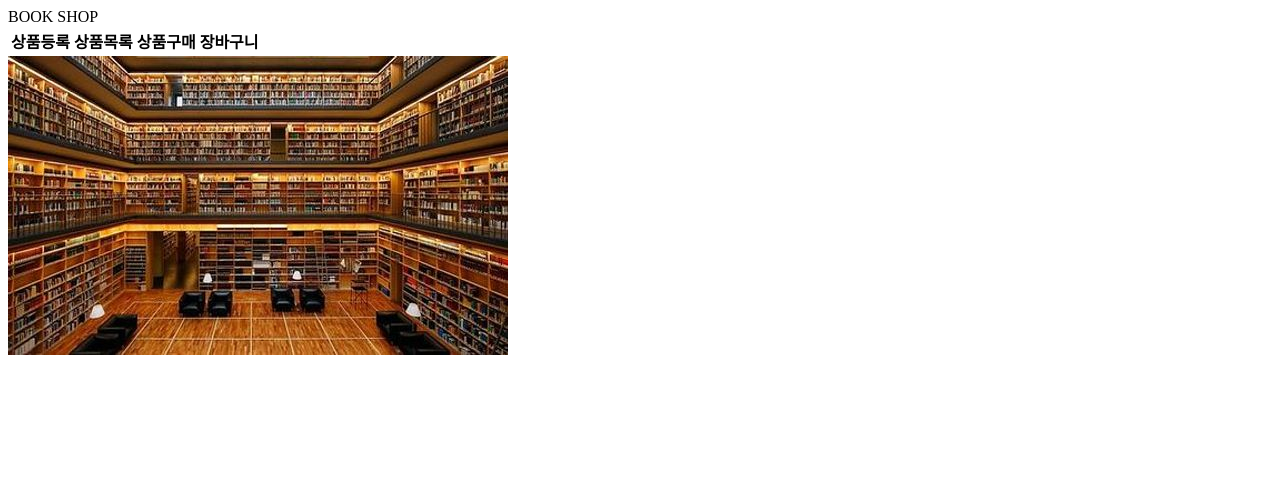
Repository: eunmiyo/BookShop
Page: http://localhost/Book/bookshop.jsp
An editor plug-in stored every save of this project. The page is shown before and after the next save, followed by the edit.
The browser window is 1280 px wide. The pictures show the whole page.
The page is served by Tomcat 9. Nobody is signed in. The application's start-up code is not run.

Above is the page before, as saved 2022-12-27 06:57:02.

After the next save:
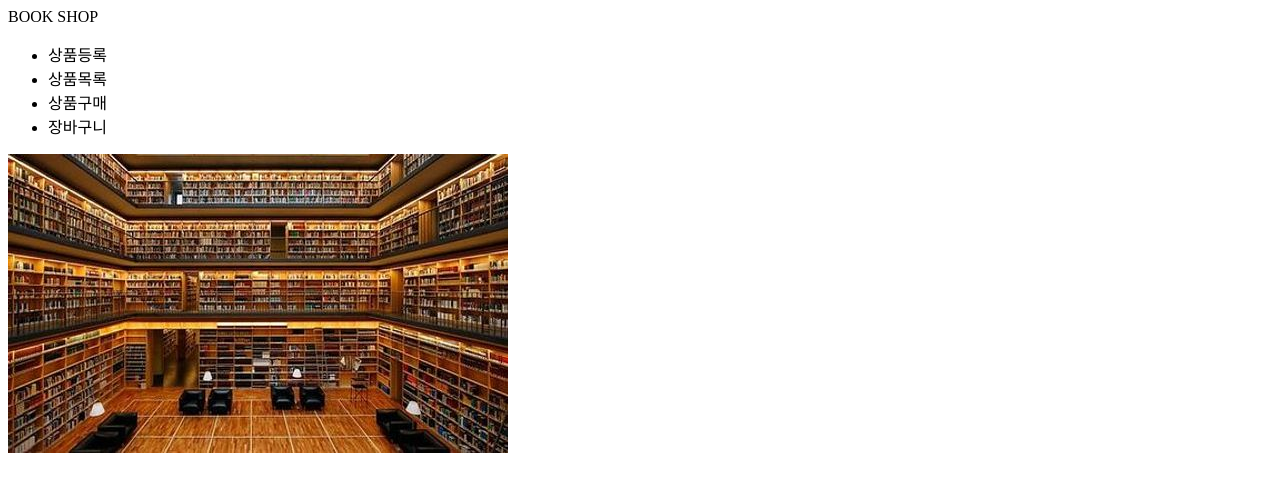
Saved 13 min 8 s later.
--- a/Book/src/main/webapp/bookshop.jsp
+++ b/Book/src/main/webapp/bookshop.jsp
@@ -8,16 +8,14 @@
 </head>
 <body>
 	<header>BOOK SHOP</header>
-	<div>
-		<table>
-			<tr>
-				<th>상품등록</th>
-				<th>상품목록</th>
-				<th>상품구매</th>
-				<th>장바구니</th>
-			</tr>
-		</table>
-	</div>
+	<nav>
+		<ul>
+			<li>상품등록</li>
+			<li>상품목록</li>
+			<li>상품구매</li>
+			<li>장바구니</li>
+		</ul>
+	</nav>
 	<section>
 		<img src="./img/도서관.png"/>
 	</section>
